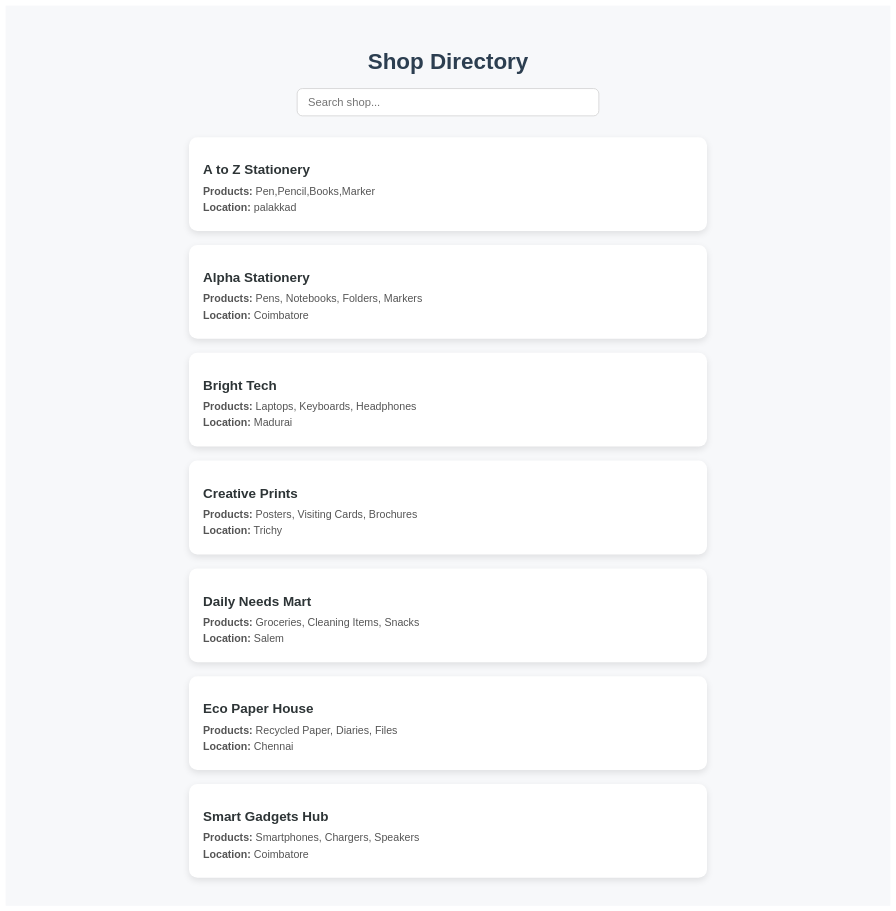
Repository: Pavithra-09git/CarSort
Page: /
The author's editor kept a copy of each file at every save. The page is drawn from the files as they stood at one save, then again after the next save.
The browser window is 1280 px wide. The pictures show the part of the page from y = 0 to 1920 px (the page is 1302 px tall before and 4842 px after), at 70% of full size.
The project was rebuilt for these pictures with package versions that can differ from the ones it lists, and the page was loaded fresh each time. Also part of the build but not shown: vite.config.js.

Above is the page before, as saved 2025-10-26 11:58:13.

After the next save:
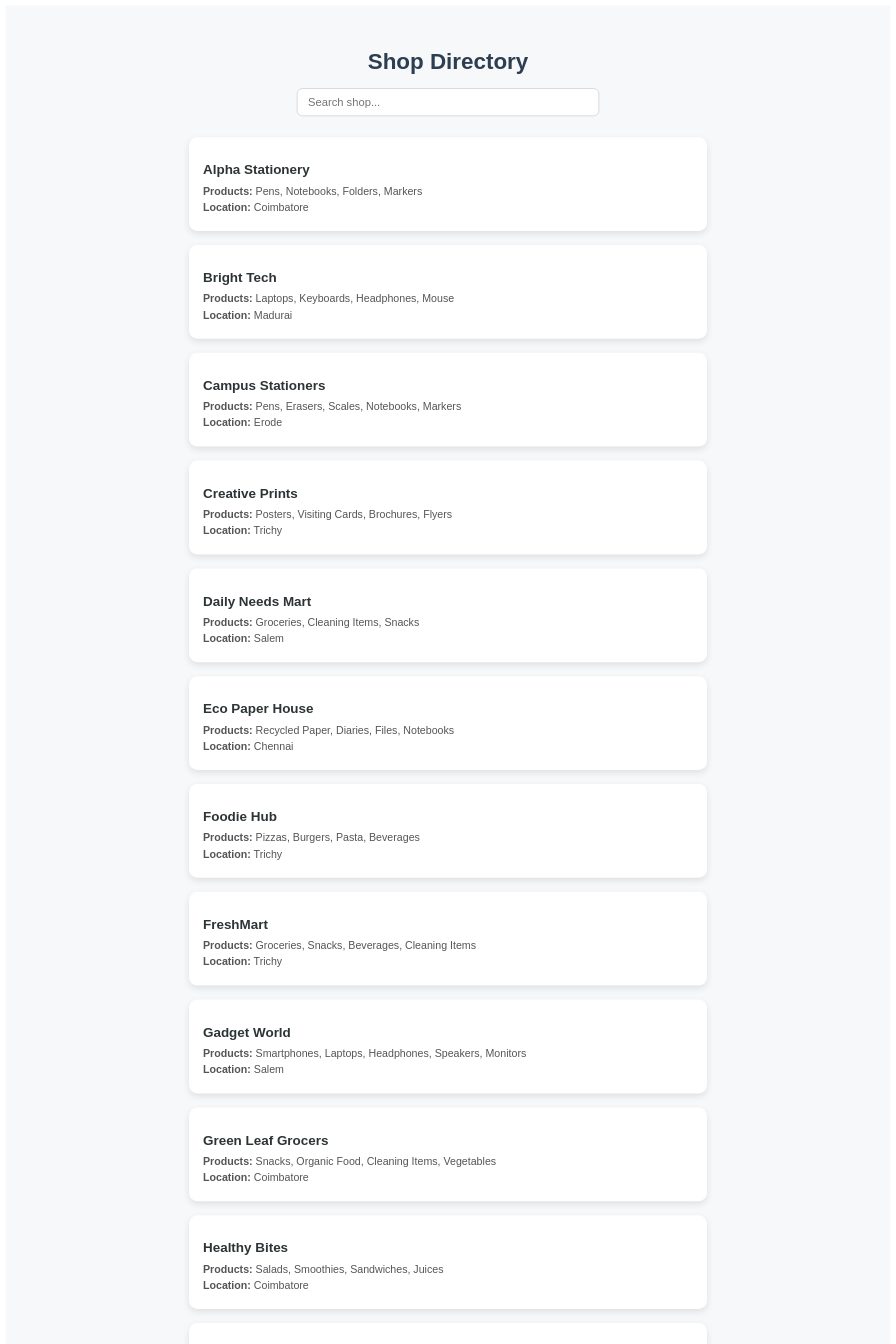
Saved 5 min 32 s later.
--- a/src/data.js
+++ b/src/data.js
@@ -1,47 +1,32 @@
-
-  export const shops = [
-    {
-      id: 1,
-      name: "Alpha Stationery",
-      products: "Pens, Notebooks, Folders, Markers",
-      location: "Coimbatore",
-    },
-    {
-      id: 2,
-      name: "Eco Paper House",
-      products: "Recycled Paper, Diaries, Files",
-      location: "Chennai",
-    },
-
-    {
-      id: 3,
-      name: "Creative Prints",
-      products: "Posters, Visiting Cards, Brochures",
-      location: "Trichy",
-    },
-    {
-      id: 4,
-      name: "Bright Tech",
-      products: "Laptops, Keyboards, Headphones",
-      location: "Madurai",
-    },
-    {
-      id: 5,
-      name: "Smart Gadgets Hub",
-      products: "Smartphones, Chargers, Speakers",
-      location: "Coimbatore",
-    },
-    {
-      id: 6,
-      name: "Daily Needs Mart",
-      products: "Groceries, Cleaning Items, Snacks",
-      location: "Salem",
-    },
-    {
-        id:6,
-        name:"A to Z Stationery",
-        products:"Pen,Pencil,Books,Marker",
-        location:"palakkad"
-
-    }
-  ];
+export const shops = [
+  { id: 1, name: "Alpha Stationery", products: "Pens, Notebooks, Folders, Markers", location: "Coimbatore" },
+  { id: 2, name: "Eco Paper House", products: "Recycled Paper, Diaries, Files, Notebooks", location: "Chennai" },
+  { id: 3, name: "Campus Stationers", products: "Pens, Erasers, Scales, Notebooks, Markers", location: "Erode" },
+  { id: 4, name: "Paper World", products: "Files, Diaries, Folders, A4 Sheets, Notebooks", location: "Chennai" },
+  { id: 5, name: "Office Essentials", products: "Pens, Files, Notebooks, Diaries, Staplers", location: "Madurai" },
+  { id: 6, name: "Stationery Hub", products: "Pens, Notebooks, Pencils, Markers", location: "Palakkad" },
+  { id: 7, name: "Notebook Planet", products: "Notebooks, Diaries, Folders, Pens", location: "Palakkad" },
+  { id: 8, name: "Bright Tech", products: "Laptops, Keyboards, Headphones, Mouse", location: "Madurai" },
+  { id: 9, name: "Smart Gadgets Hub", products: "Smartphones, Chargers, Speakers, Headphones", location: "Coimbatore" },
+  { id: 10, name: "Techno Zone", products: "Laptops, Mouse, Monitors, Chargers, Keyboards", location: "Trichy" },
+  { id: 11, name: "Gadget World", products: "Smartphones, Laptops, Headphones, Speakers, Monitors", location: "Salem" },
+  { id: 12, name: "Palakkad Electronics", products: "Smartphones, Laptops, Headphones, Chargers", location: "Palakkad" },
+  { id: 13, name: "Daily Needs Mart", products: "Groceries, Cleaning Items, Snacks", location: "Salem" },
+  { id: 14, name: "Green Leaf Grocers", products: "Snacks, Organic Food, Cleaning Items, Vegetables", location: "Coimbatore" },
+  { id: 15, name: "Home Essentials", products: "Cleaning Items, Groceries, Snacks, Toiletries", location: "Salem" },
+  { id: 16, name: "QuickMart", products: "Groceries, Beverages, Snacks, Household Items", location: "Chennai" },
+  { id: 17, name: "Palakkad Grocery Hub", products: "Snacks, Beverages, Cleaning Items, Fresh Vegetables", location: "Palakkad" },
+  { id: 18, name: "FreshMart", products: "Groceries, Snacks, Beverages, Cleaning Items", location: "Trichy" },
+  { id: 19, name: "Tasty Treats", products: "Burgers, Pizzas, Sandwiches, Beverages", location: "Chennai" },
+  { id: 20, name: "Healthy Bites", products: "Salads, Smoothies, Sandwiches, Juices", location: "Coimbatore" },
+  { id: 21, name: "Foodie Hub", products: "Pizzas, Burgers, Pasta, Beverages", location: "Trichy" },
+  { id: 22, name: "Palakkad Snacks Corner", products: "Snacks, Beverages, Burgers, Sandwiches", location: "Palakkad" },
+  { id: 23, name: "Snack Attack", products: "Burgers, Sandwiches, Fries, Beverages", location: "Madurai" },
+  { id: 24, name: "Knowledge Academy", products: "Books, Stationery, Educational Kits", location: "Madurai" },
+  { id: 25, name: "Smart Learning Center", products: "Books, Worksheets, Study Materials, Learning Kits", location: "Coimbatore" },
+  { id: 26, name: "Palakkad Learning Hub", products: "Books, Notebooks, Educational Games, Worksheets", location: "Palakkad" },
+  { id: 27, name: "Study Smart", products: "Books, Worksheets, Notebooks, Study Kits", location: "Trichy" },
+  { id: 28, name: "Creative Prints", products: "Posters, Visiting Cards, Brochures, Flyers", location: "Trichy" },
+  { id: 29, name: "PrintCraft Studio", products: "Brochures, Business Cards, Posters, Flyers, Banners", location: "Coimbatore" },
+  { id: 30, name: "Palakkad Print Hub", products: "Business Cards, Brochures, Posters, Flyers", location: "Palakkad" }
+];
